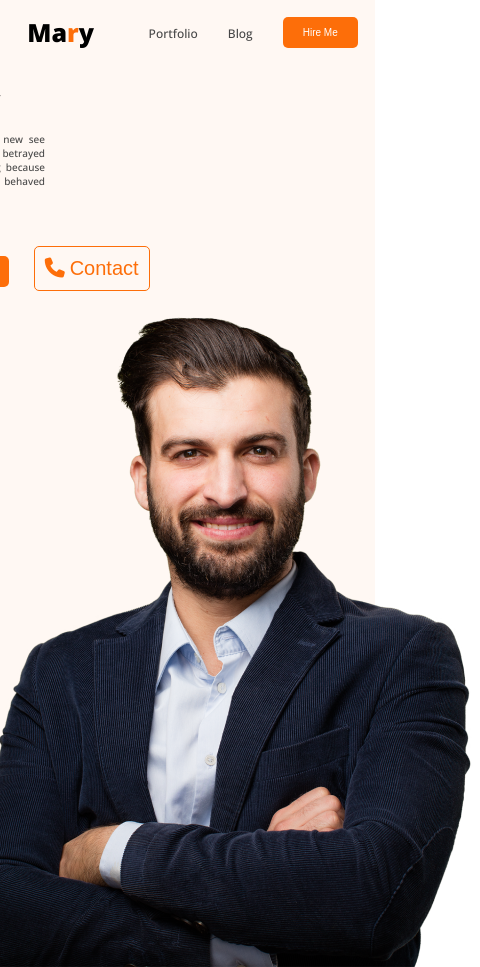
Repository: nahid-hasann/website-1
Page: index.html
These files come from the project's save history. The page is drawn as it stood at one moment and after a run of saves; the edit follows.
The browser window is 375 px wide. The page is 480 px wide, so the pictures cover 480 px, including what lies to the right of the window. The pictures show the whole page.

Above is the page before, as saved 2025-07-16 12:32:16.

After the next 4 saves:
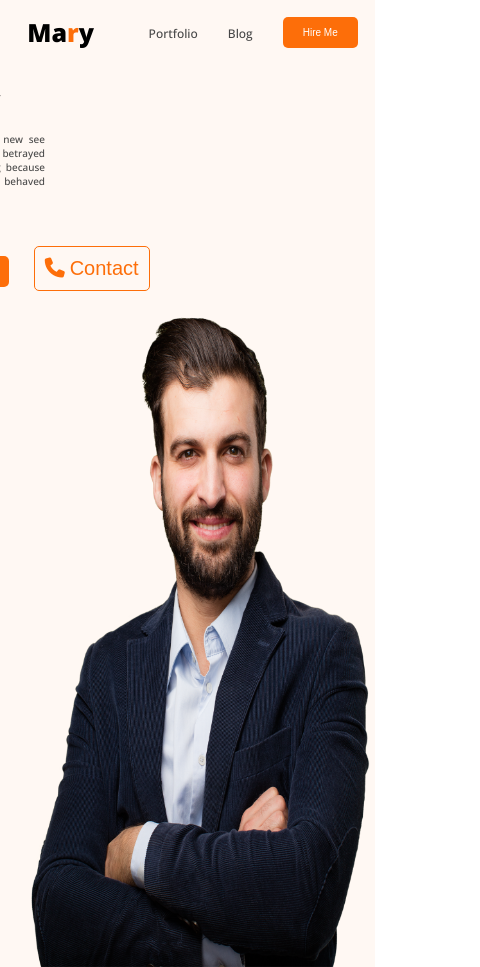
The 4 saves are shown as one change because they came seconds apart.
The last was saved 20 s later.
--- a/style.css
+++ b/style.css
@@ -400,10 +400,10 @@ max-width: 100%;
     flex-direction: column;
 }
 
-/* .banner-img{
-    max-width: 100px;
-    height: 100px;
-} */
+.banner-img{
+    max-width: 100%;
+
+}
 
 .main-header{
     background-image: none ;
